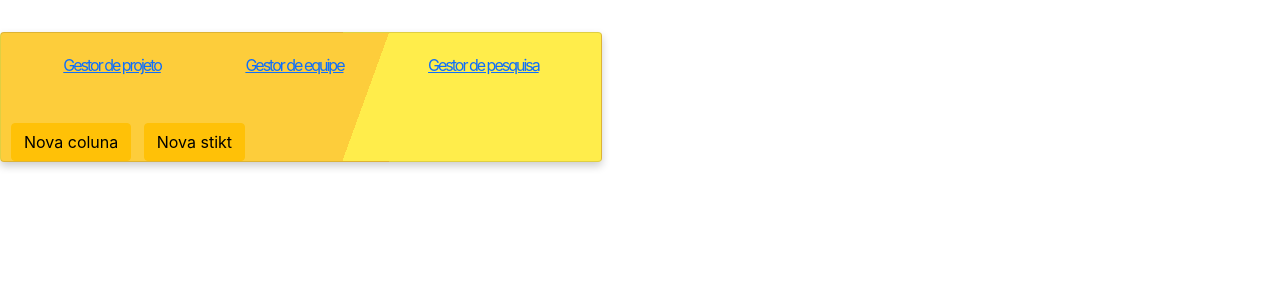
Repository: shadowruge/kanban
Page: index.html
An editor plug-in stored every save of this project. The page is shown before and after the next save, followed by the edit.
The browser window is 1280 px wide. The pictures show the whole page.

Above is the page before, as saved 2021-06-12 19:52:21.

After the next save:
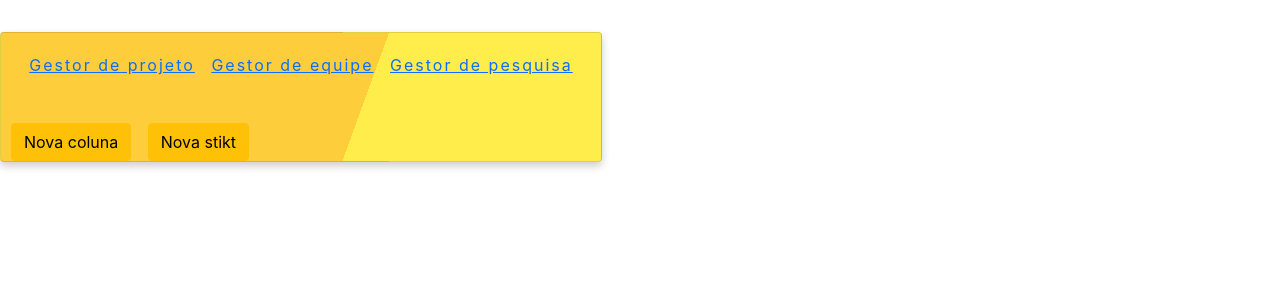
Saved 13 s later.
--- a/style.css
+++ b/style.css
@@ -26,7 +26,7 @@
   border-radius: 0.25em;
   display: table-cell;
   vertical-align: center;
-  letter-spacing: -2px;
+  letter-spacing: 2px;
   box-shadow: 0 4px 8px 0 rgba(0,0,0,0.2);
 }
 

After the save that followed:
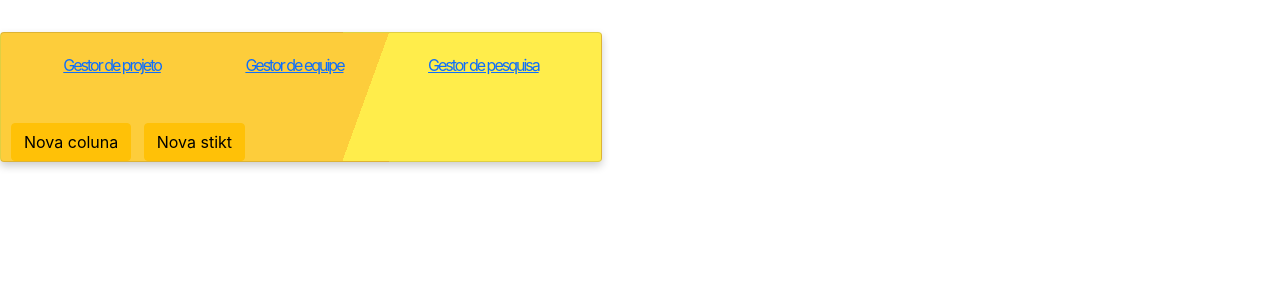
Saved 15 s later.
--- a/style.css
+++ b/style.css
@@ -26,7 +26,7 @@
   border-radius: 0.25em;
   display: table-cell;
   vertical-align: center;
-  letter-spacing: 2px;
+  letter-spacing: -2px;
   box-shadow: 0 4px 8px 0 rgba(0,0,0,0.2);
 }
 
